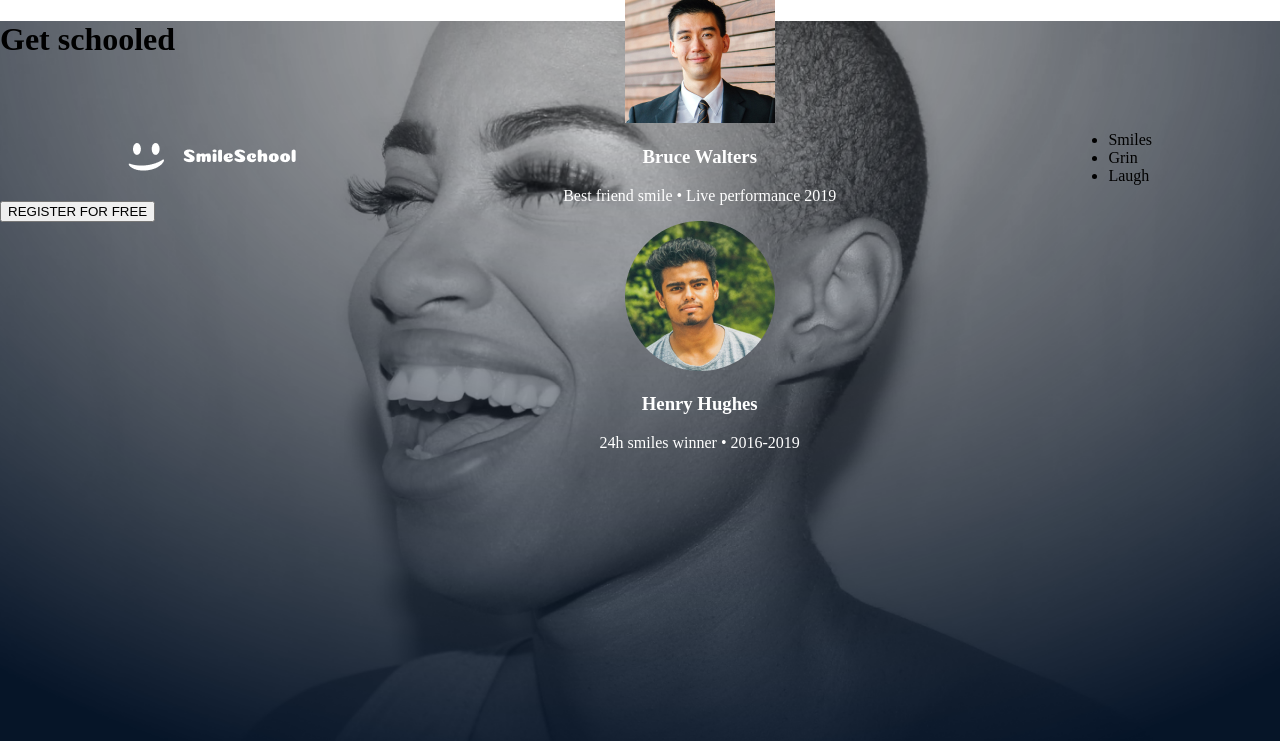
Repository: Patience225/alx_html_css
Page: css_advanced/index.html
These files come from the project's save history. The page is drawn as it stood at one moment and after the next save; the edit follows.
The browser window is 1280 px wide. The pictures show the whole page.
Some web fonts or font styles are not loaded; a fallback is used.

Above is the page before, as saved 2025-01-03 16:08:40.

After the next save:
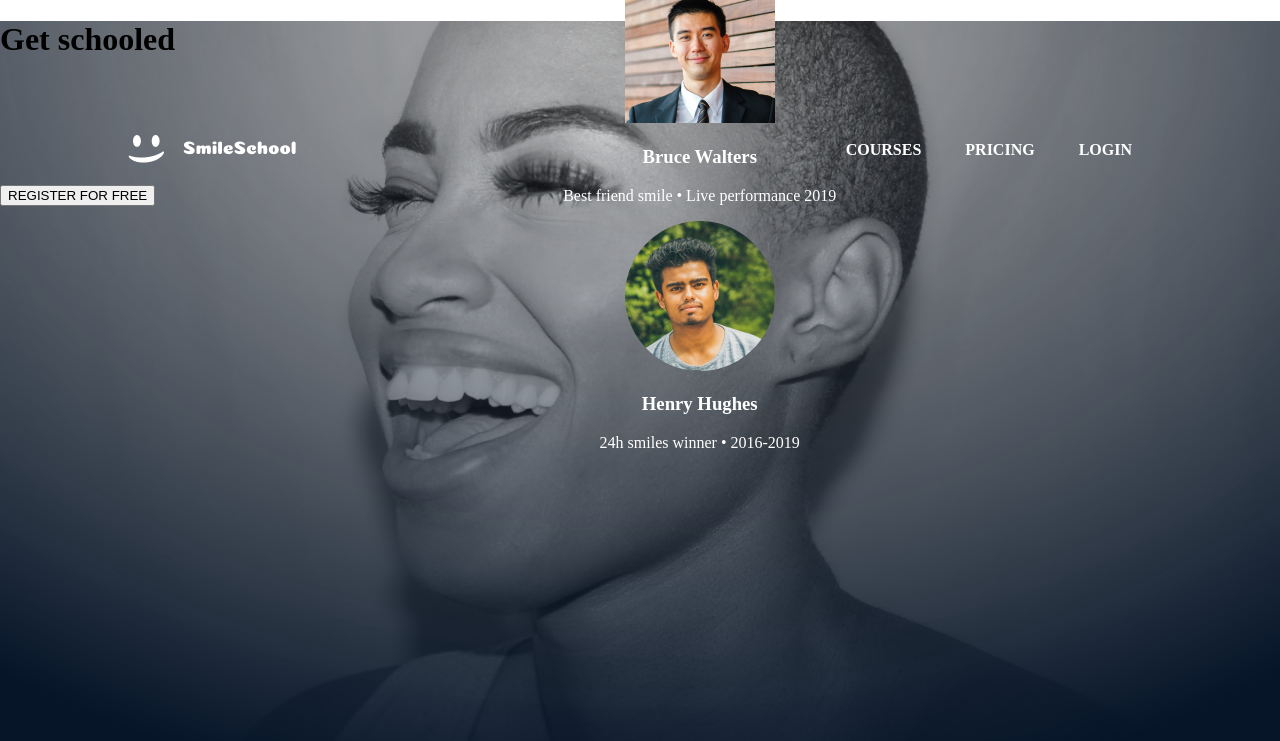
Saved 2 min 26 s later.
--- a/css_advanced/index.html
+++ b/css_advanced/index.html
@@ -13,9 +13,11 @@
       <nav>
         <img src="images/logo.png" alt="Logo"/>
         <ul>
-          <li>Smiles</li>
-          <li>Grin</li>
-          <li>Laugh</li>
+            <ul>
+                <li class="hero-links"><a href="">COURSES</a></li>
+                <li class="hero-links"><a href="">PRICING</a></li>
+                <li class="hero-links"><a href="">LOGIN</a></li>
+              </ul>
         </ul>
       </nav>
       <button>REGISTER FOR FREE</button>
